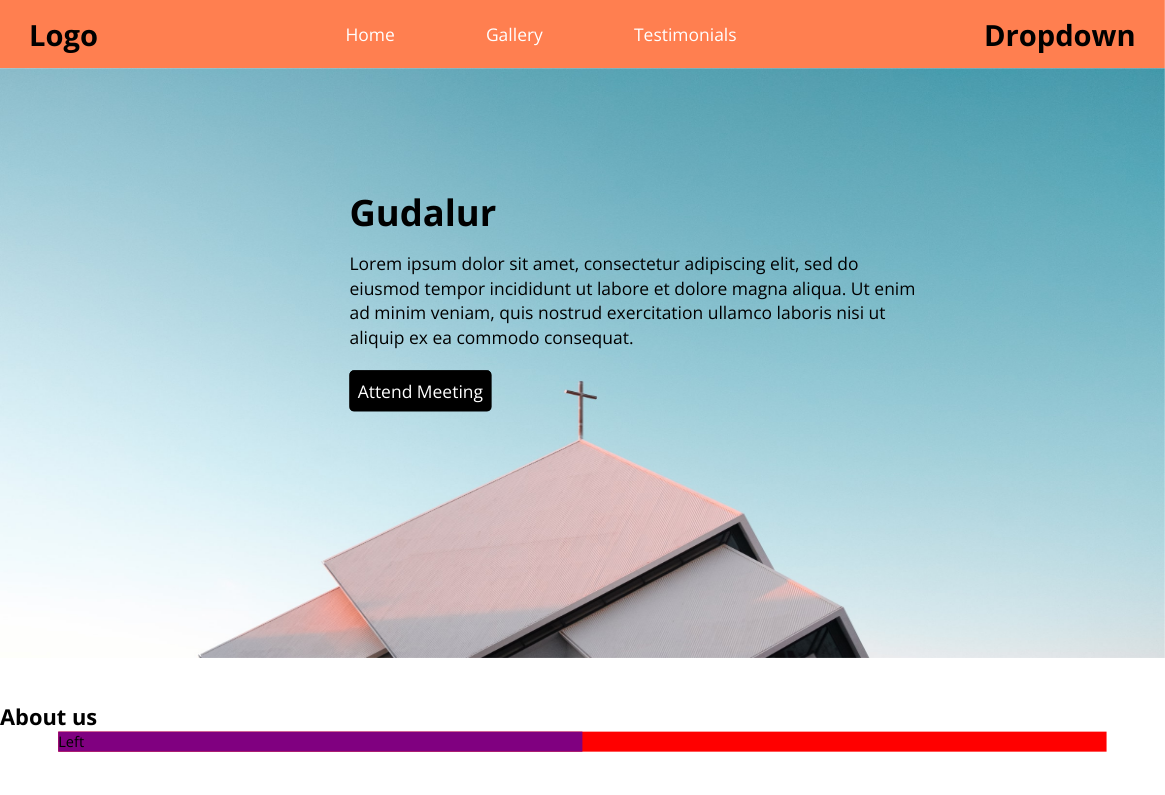
Repository: Imprasna/church
Page: index.html
These files come from the project's save history. The page is drawn as it stood at one moment and after the next save; the edit follows.
The browser window is 1280 px wide. The pictures show the whole page, at 91% of full size.

Above is the page before, as saved 2022-01-18 23:13:46.

After the next save:
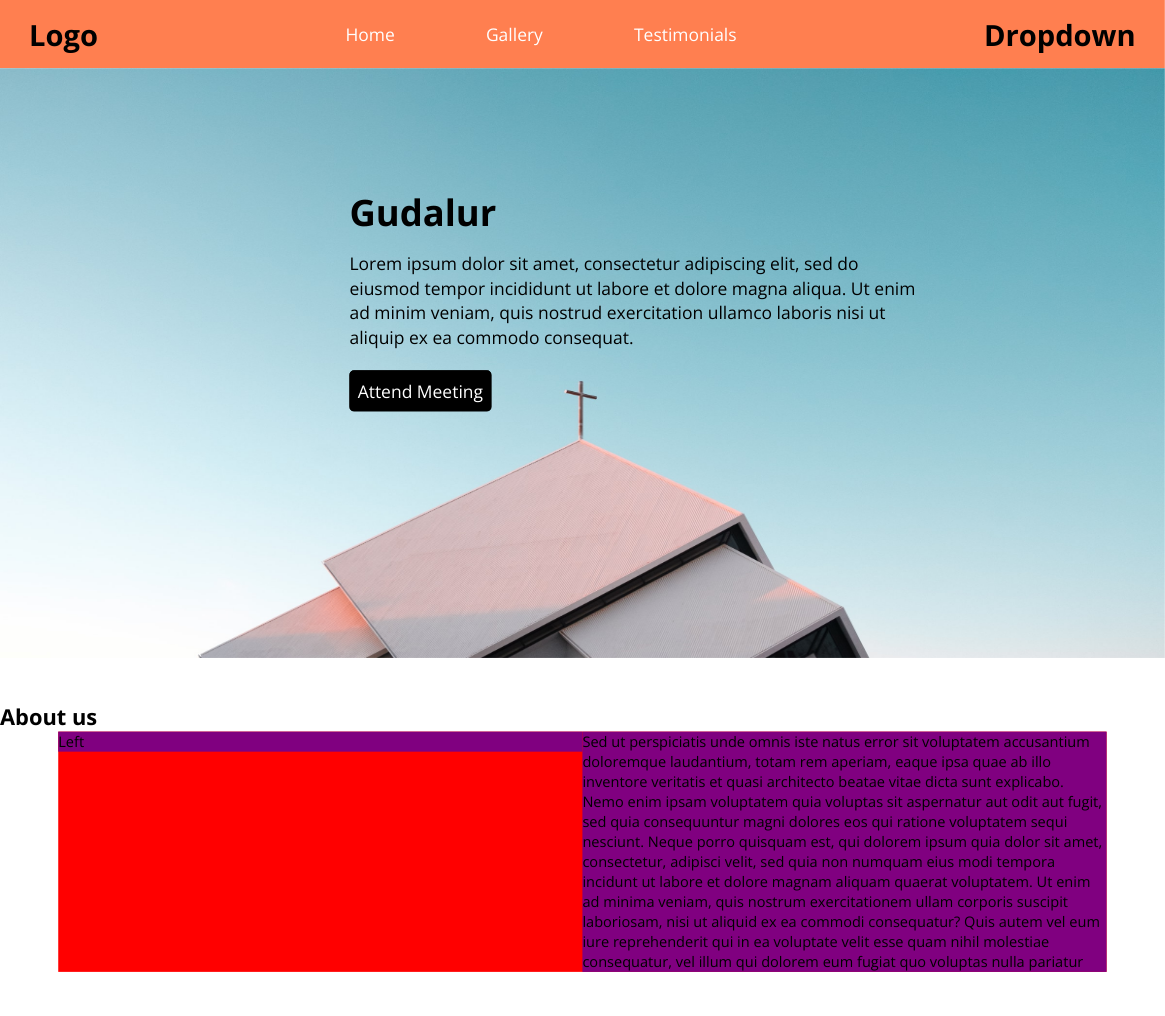
Saved 21 s later.
--- a/index.html
+++ b/index.html
@@ -45,7 +45,7 @@
                         Left
                     </div>
                     <div class="about_right">
-                        <p></p>
+                        <p>Sed ut perspiciatis unde omnis iste natus error sit voluptatem accusantium doloremque laudantium, totam rem aperiam, eaque ipsa quae ab illo inventore veritatis et quasi architecto beatae vitae dicta sunt explicabo. Nemo enim ipsam voluptatem quia voluptas sit aspernatur aut odit aut fugit, sed quia consequuntur magni dolores eos qui ratione voluptatem sequi nesciunt. Neque porro quisquam est, qui dolorem ipsum quia dolor sit amet, consectetur, adipisci velit, sed quia non numquam eius modi tempora incidunt ut labore et dolore magnam aliquam quaerat voluptatem. Ut enim ad minima veniam, quis nostrum exercitationem ullam corporis suscipit laboriosam, nisi ut aliquid ex ea commodi consequatur? Quis autem vel eum iure reprehenderit qui in ea voluptate velit esse quam nihil molestiae consequatur, vel illum qui dolorem eum fugiat quo voluptas nulla pariatur</p>
                     </div>
                 </div>
             </div>
